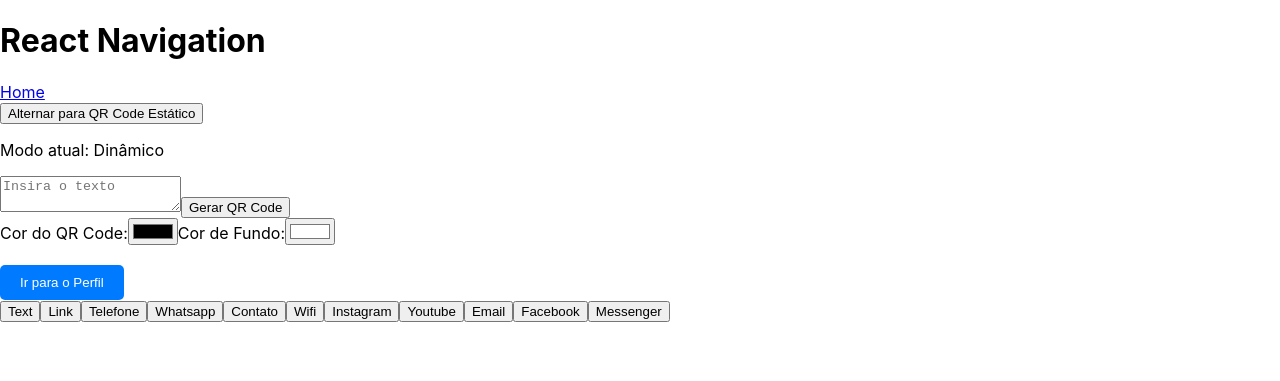
Repository: MarcusVTAlmeida/ReactQrcode
Page: /Home
The author's editor kept a copy of each file at every save. The page is drawn from the files as they stood at one save, then again after the next save.
The browser window is 1280 px wide. The pictures show the whole page.
The project was rebuilt for these pictures with package versions that can differ from the ones it lists, and the page was loaded fresh each time. Also part of the build but not shown: src/profile.js, src/login.js.

Above is the page before, as saved 2024-12-16 11:38:00.

### src/App.js
import React from 'react';
import { BrowserRouter as Router, Routes, Route } from 'react-router-dom';
import Home from './home';
import Login from './login';
import Profile from './profile';

function App() {
  return (
    <Router>
      <div>
        <h1>React Navigation</h1>
        {/* Links de navegação */}
        <nav>
          <a href="/Home">Home</a>
        </nav>
        {/* Configuração de Rotas */}
        <Routes>
          <Route path="/" element={<Login />} />
          <Route path="/Home" element={<Home />} />
          <Route path="/Profile" element={<Profile />} />
        </Routes>
      </div>
    </Router>
  );
}

export default App;

### src/home.js
import React, { useState } from 'react';
import { Route, Routes, Link } from 'react-router-dom';
import { QRCodeSVG } from 'qrcode.react';
import { firestore, auth } from './firebase';
import { collection, serverTimestamp, setDoc, doc } from 'firebase/firestore';
import Profile from './profile';  // Import ProfileScreen

export default function App() {
  const [qrCodeValue, setQrCodeValue] = useState('');
  const [qrCodeData, setQrCodeData] = useState(null);
  const [isStaticMode, setIsStaticMode] = useState(false);
  const [selectedMode, setSelectedMode] = useState('text');
  const [documentId, setDocumentId] = useState(null);

  // Adicionar estados para personalização de cores
  const [fgColor, setFgColor] = useState('#000000'); // Cor do primeiro plano (preto por padrão)
  const [bgColor, setBgColor] = useState('#ffffff'); // Cor de fundo (branco por padrão)

  const placeholders = {
    text: 'Insira o texto',
    link: 'Insira o link (https://)',
    telefone: 'Insira o número de telefone',
    whatsapp: 'Insira o número do WhatsApp',
    contato: 'Insira as informações de contato',
    wifi: 'Insira os dados do Wi-Fi',
    instagram: 'Insira o nome de usuário do Instagram',
    youtube: 'Insira o link do canal ou vídeo do YouTube',
    email: 'Insira o endereço de e-mail',
    facebook: 'Insira o link ou nome do perfil no Facebook',
    messenger: 'Insira o nome do usuário no Messenger',
  };

  const handleGenerateQRCode = async () => {
    if (!qrCodeValue.trim()) {
      alert('Por favor, insira um valor para o QR Code!');
      return;
    }

    const user = auth.currentUser;
    if (!user) {
      alert('Você precisa estar logado para gerar QR Codes!');
      return;
    }

    if (isStaticMode) {
      try {
        const docRef = doc(collection(firestore, 'links'));
        await setDoc(docRef, {
          value: qrCodeValue.trim(),
          contentType: selectedMode,
          createdAt: serverTimestamp(),
          userId: user.uid,
          type: 'estatico',
          fgColor, // Salvar a cor do primeiro plano
          bgColor, // Salvar a cor de fundo
        });
        setDocumentId(docRef.id);
        alert('QR Code estático salvo com sucesso!');
        setQrCodeData({ qrCodeValue });
      } catch (error) {
        console.error('Erro ao salvar QR Code estático:', error);
        alert('Erro ao salvar QR Code. Tente novamente.');
      }
    } else {
      try {
        const docRef = doc(collection(firestore, 'links'));
        const dynamicLink = `https://qrcode-7bd9a.web.app/${docRef.id}`;

        await setDoc(docRef, {
          link: dynamicLink,
          destinationUrl: qrCodeValue.trim(),
          contentType: selectedMode,
          createdAt: serverTimestamp(),
          userId: user.uid,
          type: 'dinamico',
          fgColor, // Salvar a cor do primeiro plano
          bgColor, // Salvar a cor de fundo
        });

        setQrCodeData({ qrCodeValue: dynamicLink });
        alert('QR Code dinâmico salvo com sucesso!');
      } catch (error) {
        console.error('Erro ao gerar QR Code dinâmico:', error);
        alert('Erro ao salvar o QR Code. Tente novamente.');
      }
    }
  };

  return (
    <div style={styles.container}>
      <div style={styles.switchContainer}>
        <button
          onClick={() => {
            setIsStaticMode(!isStaticMode);
            setQrCodeValue('');
            setQrCodeData(null);
          }}
        >
          Alternar para QR Code {isStaticMode ? 'Dinâmico' : 'Estático'}
        </button>
        <p style={styles.modeText}>
          Modo atual: {isStaticMode ? 'Estático' : 'Dinâmico'}
        </p>
      </div>

      <div style={styles.inputContainer}>
        <textarea
          placeholder={placeholders[selectedMode]}
          value={qrCodeValue}
          onChange={(e) => setQrCodeValue(e.target.value)}
          style={styles.input}
        />

        <button style={styles.generateButton} onClick={handleGenerateQRCode}>
          Gerar QR Code
        </button>

        {/* Adicionar inputs para personalizar cores */}
        <div style={styles.colorPickerContainer}>
          <label>
            Cor do QR Code:
            <input
              type="color"
              value={fgColor}
              onChange={(e) => setFgColor(e.target.value)}
              style={styles.colorPicker}
            />
          </label>
          <label>
            Cor de Fundo:
            <input
              type="color"
              value={bgColor}
              onChange={(e) => setBgColor(e.target.value)}
              style={styles.colorPicker}
            />
          </label>
        </div>

        {qrCodeData && (
          <div style={styles.qrCodeContainer}>
            <p style={styles.qrCodeText}>
              {isStaticMode
                ? `Conteúdo: ${qrCodeValue}`
                : 'Escaneie o QR Code para acessar o link:'}
            </p>
            <QRCodeSVG value={qrCodeData.qrCodeValue} size={150} fgColor={fgColor} bgColor={bgColor} />
          </div>
        )}
      </div>

      <div style={styles.profileButtonContainer}>
        <Link to="/profile">
          <button style={styles.profileButton}>
            Ir para o Perfil
          </button>
        </Link>
      </div>

      <div style={styles.footer}>
        {Object.keys(placeholders).map((key) => (
          <button
            key={key}
            style={{
              ...styles.footerButton,
              ...(selectedMode === key ? styles.activeButton : {}),
            }}
            onClick={() => {
              setSelectedMode(key);
              setQrCodeValue('');
              setQrCodeData(null);
            }}
          >
            {key.charAt(0).toUpperCase() + key.slice(1)}
          </button>
        ))}
      </div>
    </div>
  );
}


const styles = {
  // Estilos existentes...
  profileButtonContainer: {
    marginTop: '20px',
  },
  profileButton: {
    backgroundColor: '#007BFF',
    color: 'white',
    padding: '10px 20px',
    border: 'none',
    borderRadius: '5px',
    cursor: 'pointer',
  },
};

### src/firebase.js
// Import the functions you need from the SDKs you need
import { initializeApp } from "firebase/app";
import { getFirestore } from 'firebase/firestore';
import { getAnalytics } from "firebase/analytics";
import { getAuth } from "firebase/auth";
import { getStorage } from "firebase/storage";  // Importando o Storage

// Your web app's Firebase configuration
// For Firebase JS SDK v7.20.0 and later, measurementId is optional
const firebaseConfig = {
  apiKey: "AIzaSyANnWzrWF4HTNIw2-PyLx1LzhZglVDQbKo",
  authDomain: "qrcode-7bd9a.firebaseapp.com",
  projectId: "qrcode-7bd9a",
  storageBucket: "qrcode-7bd9a.firebasestorage.app",
  messagingSenderId: "617240442081",
  appId: "1:617240442081:web:80603925268030ef3833a0",
  measurementId: "G-TQ543GGTEE"
};

// Initialize Firebase
const app = initializeApp(firebaseConfig);
const firestore = getFirestore(app);
const auth = getAuth(app);
const storage = getStorage(app);  // Inicializando o Storage

export { auth, firestore, storage };

Loaded but not shown: public/index.html (common file); src/index.js (common file); src/index.css (common file); src/reportWebVitals.js (common file)

After the next save:
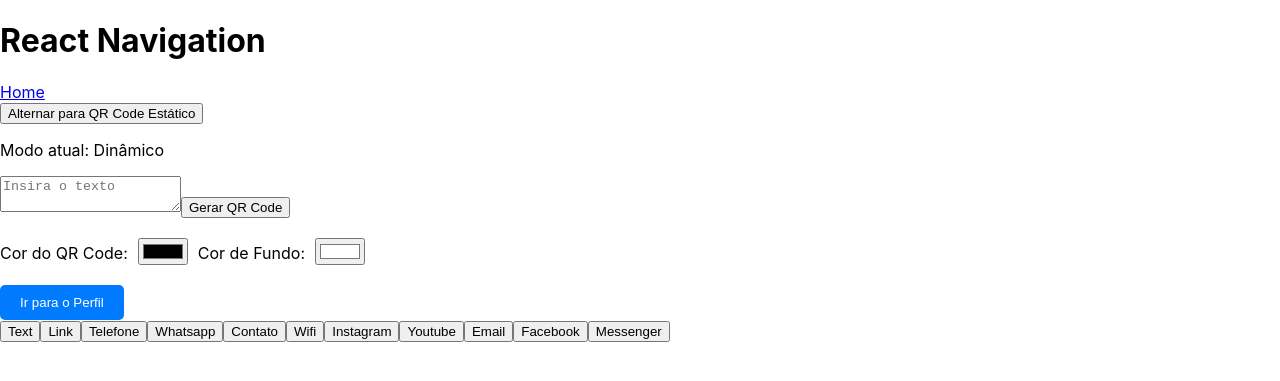
Saved 11 s later.
--- a/src/home.js
+++ b/src/home.js
@@ -181,7 +181,15 @@ export default function App() {
 
 
 const styles = {
-  // Estilos existentes...
+  colorPickerContainer: {
+    marginTop: '20px',
+    display: 'flex',
+    gap: '10px',
+    alignItems: 'center',
+  },
+  colorPicker: {
+    marginLeft: '10px',
+  },
   profileButtonContainer: {
     marginTop: '20px',
   },
